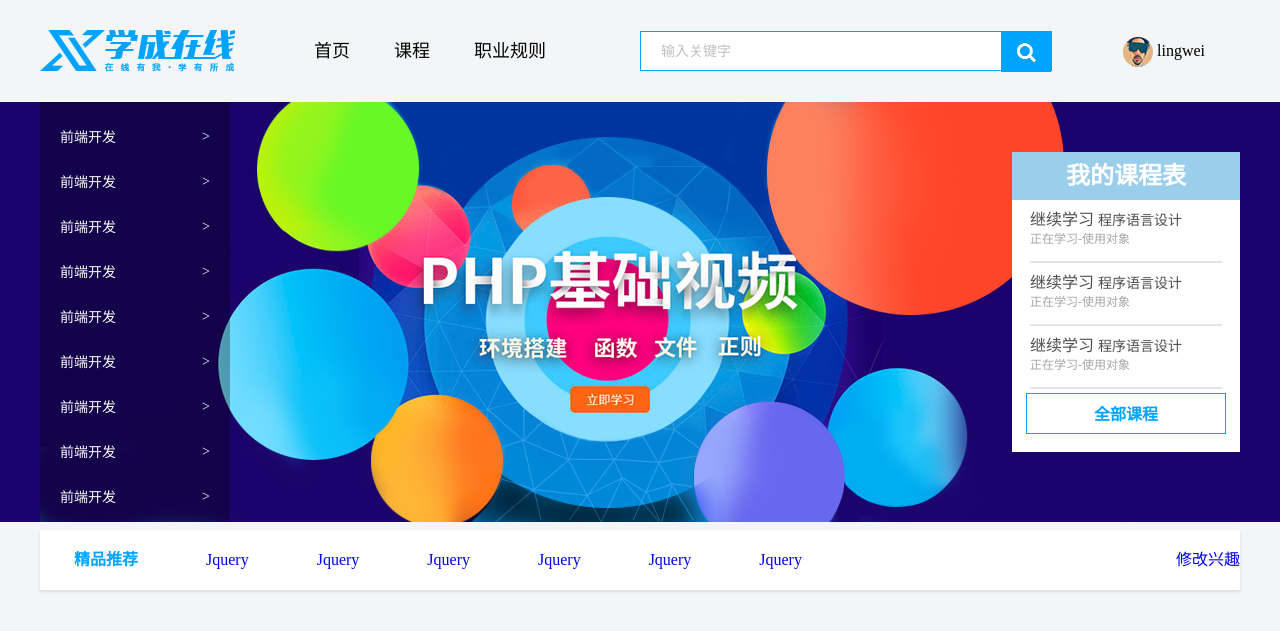
Repository: DengBiHua/xcdx
Page: index.html
These files come from the project's save history. The page is drawn as it stood at one moment and after the next save; the edit follows.
The browser window is 1280 px wide. The pictures show the whole page.

Above is the page before, as saved 2022-04-15 09:23:10.

After the next save:
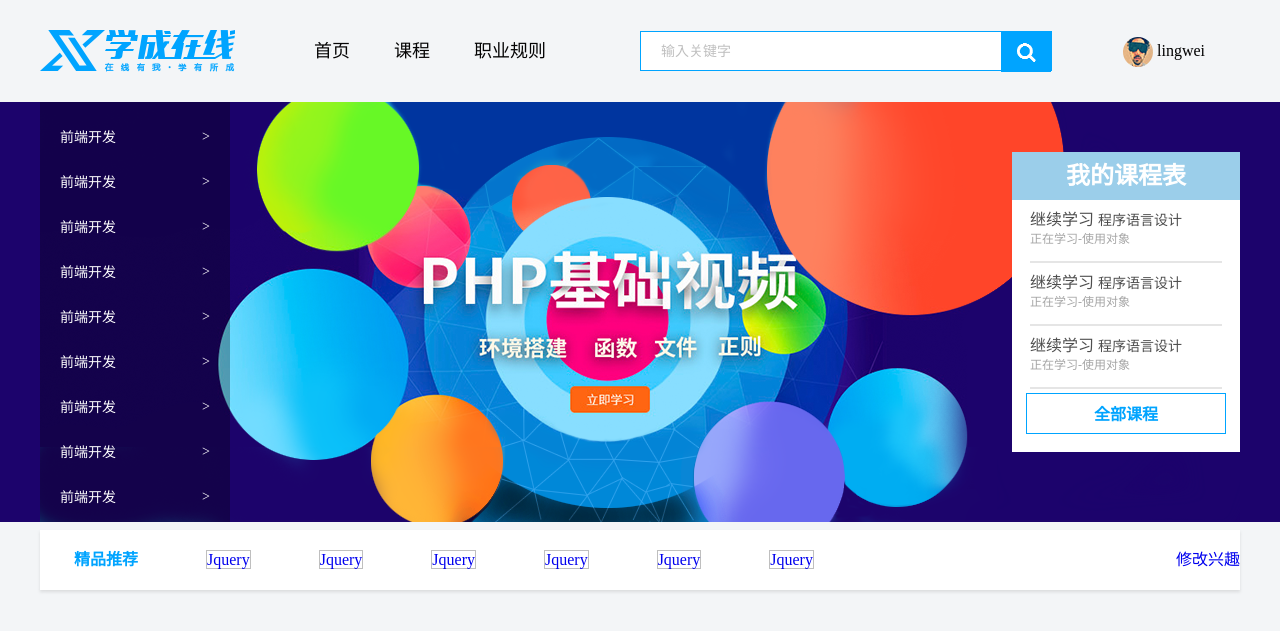
Saved 90 s later.
--- a/css/index.css
+++ b/css/index.css
@@ -235,10 +235,11 @@
 
 .recommend ul li {
     float: left;
+    padding: 0 34px;
 }
 
 .recommend ul li a {
-    padding: 0 34px;
+    border: 1px solid #bfbfbf;
 }
 
 .recommend .interest {
